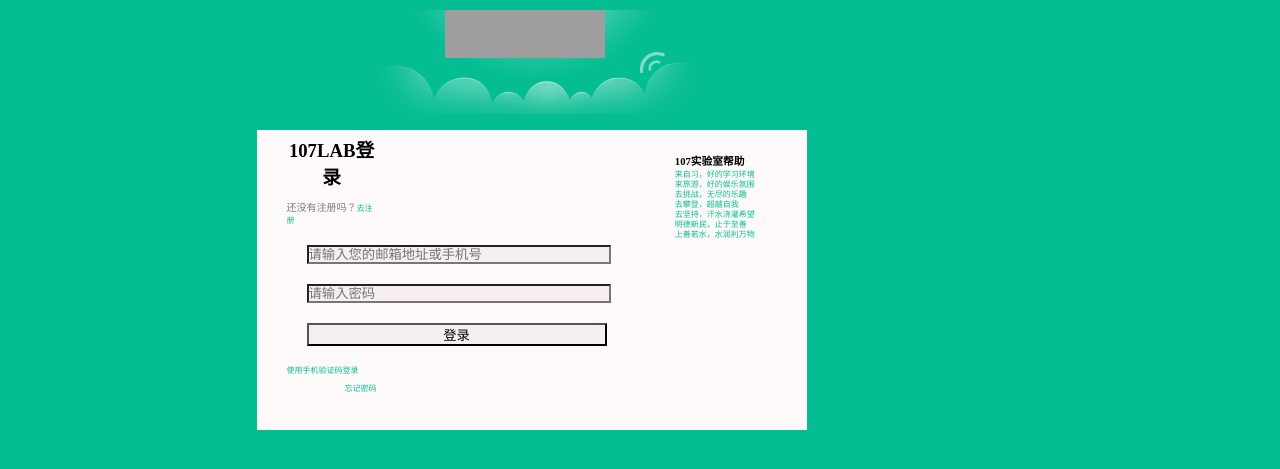
Repository: zz-yy/2023_homework
Page: 第一次考核作业/mazehua/index.html
These files come from the project's save history. The page is drawn as it stood at one moment and after the next save; the edit follows.
The browser window is 1280 px wide. The pictures show the whole page.
Pictures or frames that could not be fetched are drawn as grey boxes.

Above is the page before, as saved 2024-04-04 22:41:30.

### 第一次考核作业/mazehua/index.html
<!DOCTYPE html>
<html lang="en">

<head>
    <meta charset="UTF-8">
    <meta http-equiv="X-UA-Compatible" content="IE=edge">
    <meta name="viewport" content="width=device-width, initial-scale=1.0">
    <title>107LAB登录</title>
    <!--引入css样式表-->
    <link rel="stylesheet" href="index.css">
    <!--引入图标样式-->
    <link rel="stylesheet" href="./iconfont.css">

</head>

<body>

    <div class="logbj">
        <div class="logo"><img src="./images/logo.png"></div><br>
    </div>

    <div class="login">
        <ul class="left">
            <li>
                <h3>107LAB登录</h3>
                <span class="tishi">还没有注册吗？<a href="#">去注册</a></span>
                <form action="#">
                    <input type="text" placeholder="请输入您的邮箱地址或手机号" name="text"><br>
                    <input type="password"  placeholder="请输入密码" name="psd"><br>
                    <input type="submit" value="登录">
                </form>
                <div class="forget"><span class="L"><a href="#">使用手机验证码登录</a> </span> <span class="R"><a href="#">忘记密码</a></span></div>
            </li>
        </ul>
        <ul class="right">
            <li>
                <h6>107实验室帮助</h6>
            </li>
           <li> <a href="#">来自习，好的学习环境</a></li>
           <li> <a href="#">来旅游，好的娱乐氛围</a></li>
            <li><a href="#">去挑战，无尽的乐趣</a></li>
            <li><a href="#">去攀登，超越自我</a></li>
            <li><a href="#">去坚持，汗水浇灌希望</a></li>
            <li><a href="#">明德新民，止于至善</a></li>
            <li><a href="#">上善若水，水润利万物</a></li>
        </ul>
    </div>


</body>

</html>

### 第一次考核作业/mazehua/index.css
* {
    margin: 0px;
    padding: 0px;
}

body {

    background: rgb(5, 189, 146);
    float: left;

}

.logbj {
    background-image: url(/images/bg_reg_wave.png);
    background-repeat: no-repeat;
    background-size: 500px;
    width: 550px;
    height: 100px;
    margin: 10px 50%;

    padding: 10px 10px;
}

.logo {
    height: 60px;
    width: 200px;
    margin: 10px 120px;

}

.logo img {
    width: 80%;
    height: 80%;
    position: relative;
    left: 30px;
    top: -20px;
}

.login {
    display: flex;
    height: 300px;
    width: 550px;
    margin: -10px 45%;
    background: #fefafa;

}

h3{
    text-align: center;
}

li {
    width:90px;
    height: 10px;
    list-style: none;

    margin: px;
}

a {
    text-decoration: none;

}

.tishi {
    float: right;
    font-size: 10px;
    color: #7e7979;
    margin: 10px 0px ;
}
 a{
    font-size: 8px;
    color: rgb(5, 189, 146);
}

.left {
    width: 370px;
    height: 200px;
    margin: 0px 20px;
    float: left;
    padding: 5px 10px;
}
form{
    height: 150px;
    width: 320px;
    margin: 10px;
}
input{
    margin: 10px;
    width: 300px;
    outline-style: none;
    background: rgb(247, 239, 239);
    border-radius: 1px solid #ccc ;
}
.right {
    height: 220px;
    width: 120px;
    float: right;
    padding: auto;
    margin: 23px ;
}
.L{
    float: left;
}
.R{
    float:right;
}

### 第一次考核作业/mazehua/iconfont/iconfont.css
@font-face {
  font-family: "iconfont"; /* Project id  */
  src: url('iconfont.ttf?t=1712408906963') format('truetype');
}

.iconfont {
  font-family: "iconfont" !important;
  font-size: 16px;
  font-style: normal;
  -webkit-font-smoothing: antialiased;
  -moz-osx-font-smoothing: grayscale;
}

.icon-qq:before {
  content: "\e66a";
}

.icon-weixin:before {
  content: "\e633";
}

.icon-zhanghu:before {
  content: "\e62b";
}

.icon-weixin1:before {
  content: "\e64b";
}

.icon-qq-copy:before {
  content: "\e658";
}

.icon-QQ:before {
  content: "\e73e";
}

.icon-GitHub:before {
  content: "\ea0a";
}

.icon-Oracle:before {
  content: "\ea23";
}

.icon-QQ1:before {
  content: "\e882";
}

.icon-zaixianlianxi:before {
  content: "\e6a7";
}

.icon-QQkongjian:before {
  content: "\e666";
}

.icon-QQ2:before {
  content: "\e667";
}

.icon-search:before {
  content: "\e611";
}

.icon-qq1:before {
  content: "\e636";
}

.icon-weixin2:before {
  content: "\e782";
}

.icon-weixin3:before {
  content: "\e607";
}

.icon-QQ3:before {
  content: "\ea94";
}

After the next save:
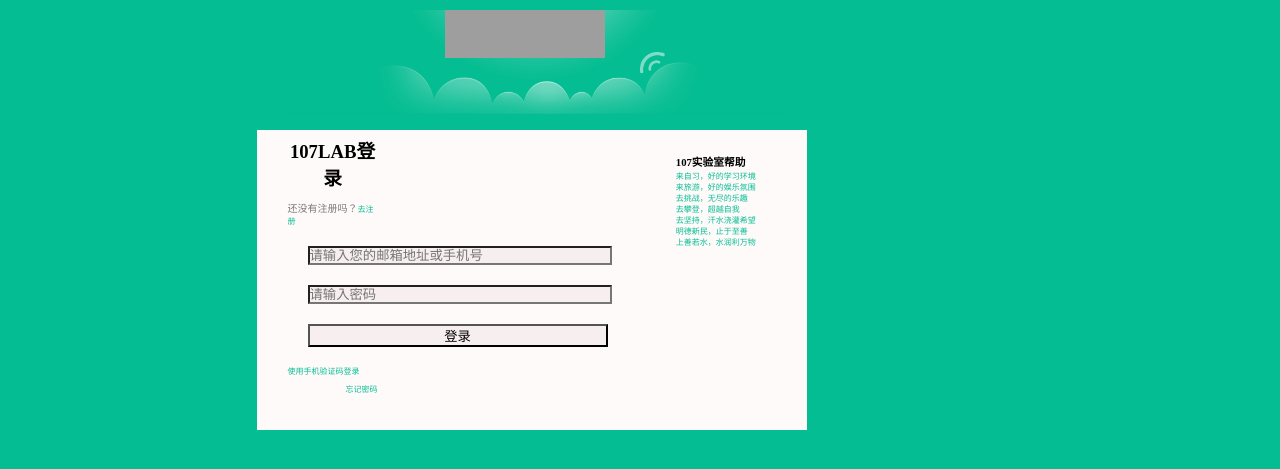
Saved 2 s later.
--- a/第一次考核作业/mazehua/index.css
+++ b/第一次考核作业/mazehua/index.css
@@ -54,7 +54,7 @@ li {
     height: 10px;
     list-style: none;
 
-    margin: px;
+    margin: 1px;
 }
 
 a {
